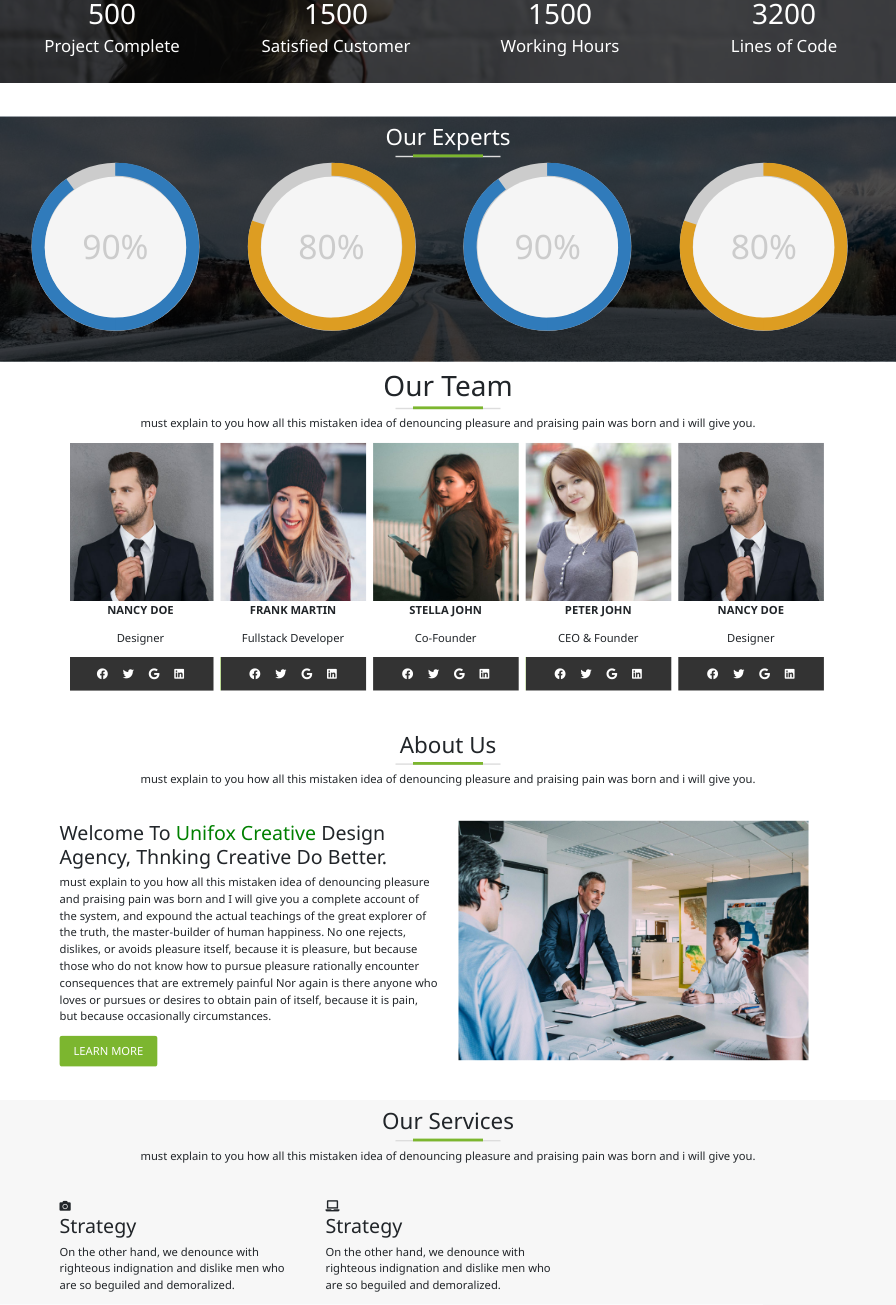
Repository: ibrkhalil/Uniforce-First-Attempt
Page: index.html
These files come from the project's save history. The page is drawn as it stood at one moment and after a run of saves; the edit follows.
The browser window is 1280 px wide. The pictures show the part of the page from y = 901 to 2821 px (the page is 2765 px tall before and 2821 px after), at 70% of full size.
Backgrounds fixed to the window are drawn as part of the page.

Above is the page before, as saved 2021-01-24 02:42:41.

### index.html
<!DOCTYPE html>
<html lang="en">
  <head>
    <meta charset="UTF-8" />
    <link rel="stylesheet" href="./bootstrap.min.css" />
    <link rel="stylesheet" href="owl.carousel.css" />
    <link rel="preconnect" href="https://fonts.gstatic.com" />
    <link rel="stylesheet" href="./jquery-ui.css" />
    <link
      rel="stylesheet"
      href="https://use.fontawesome.com/releases/v5.15.2/css/all.css"
      integrity="sha384-vSIIfh2YWi9wW0r9iZe7RJPrKwp6bG+s9QZMoITbCckVJqGCCRhc+ccxNcdpHuYu"
      crossorigin="anonymous"
    />
    <link rel="stylesheet" href="./circle.css" />
    <link
      href="https://fonts.googleapis.com/css2?family=Open+Sans&display=swap"
      rel="stylesheet"
    />
    <link rel="stylesheet" href="style.css" />
    <meta name="viewport" content="width=device-width, initial-scale=1.0" />
    <title>Unifox</title>
  </head>

  <body>
    <div class="main-nav">
      <nav
        class="navbar navbar-expand-lg justify-content-around sticky-top navbar-fixed-top"
      >
        <!-- <div class="container"> -->
        <a class="navbar-brand" href="#"><h3 class="unifox">UNIFOX</h3></a>
        <button
          class="navbar-toggler"
          type="button"
          data-toggle="collapse"
          data-target="#navbarSupportedContent"
          aria-controls="navbarSupportedContent"
          aria-expanded="false"
          aria-label="Toggle navigation"
        >
          <span class="fa fa-bars fa-3x"></span>
        </button>
        <div class="">
          <div class="nav-items">
            <div class="collapse navbar-collapse" id="navbarSupportedContent">
              <ul class="navbar-nav mr-auto">
                <li class="item">
                  <a class="nav-link active" href="#">HOME</a>
                </li>
                <li class="nav-item"><a class="nav-link" href="#">ABOUT</a></li>
                <li class="nav-item">
                  <a class="nav-link" href="#">SERVICES</a>
                </li>
                <li class="nav-item">
                  <a class="nav-link" href="#">POROFOLIO</a>
                </li>
                <li class="nav-link"><a href="#">PRICES</a></li>
                <li class="nav-link"><a href="#">TEAM</a></li>
                <li class="nav-link"><a href="#">TESTIMONIALS</a></li>
                <li class="nav-link"><a href="#">BLOG</a></li>
                <li class="nav-link"><a href="#">CONTACT</a></li>
              </ul>
            </div>
          </div>
        </div>

        <!-- </div> -->
      </nav>

      <!-- nav end -->

      <div class="jumbotron">
        <h1 class="display-4 jumbo-main-text">
          <strong>Unifox Creative & Unique.</strong>
        </h1>
        <p class="lead jumbo-subtext">
          Unifox Denounce With Righteous Indignation And Dislike Men Who Are So
          Beguiled And Demoralized By The Charms Of Pleasure Of The Moment.
        </p>

        <div class="jumbo-btns">
          <p class="lead">
            <a class="btn jumbo-btn btn-primary btn-lg" href="#" role="button"
              >Download Now</a
            >
          </p>
          <p class="lead">
            <a class="btn jumbo-btn btn-primary btn-lg" href="#" role="button"
              >Discover More</a
            >
          </p>
        </div>
      </div>
      <!-- jumbotron end -->
      <!-- heading end -->
    </div>
    <div class="counting-number parallax">
      <div class="container-fluid">
        <div class="row">
          <div class="col-md-3">
            <i class="fa counting-icon fa-cloud fa-5x"></i>
            <h1 class="counter" data-count="500">0</h1>
            <h4>Project Complete</h4>
          </div>
          <div class="col-md-3">
            <i class="fa counting-icon fa-user fa-5x"></i>
            <h1 class="counter" data-count="1500">0</h1>
            <h4>Satisfied Customer</h4>
          </div>
          <div class="col-md-3">
            <i class="fa counting-icon fa-folder-open fa-5x"></i>
            <h1 class="counter" data-count="1500">0</h1>
            <h4>Working Hours</h4>
          </div>
          <div class="col-md-3">
            <i class="fa counting-icon fa-plug fa-5x"></i>
            <h1 class="counter" data-count="3200">0</h1>
            <h4>Lines of Code</h4>
          </div>
        </div>
      </div>
    </div>

    <br />
    <br />

    <!-- Counting number div -->
    <div class="our-experts-main">
      <h2 class="our-experts-word line">Our Experts</h2>

      <div class="our-experts">
        <div class="clearfix circular-icons">
          <div class="c100 p90 big blue">
            <span>90%</span>
            <div class="slice">
              <div class="bar"></div>
              <div class="fill"></div>
            </div>
          </div>
          <div class="c100 p80 big orange">
            <span>80%</span>
            <div class="slice">
              <div class="bar"></div>
              <div class="fill"></div>
            </div>
          </div>
          <div class="c100 p90 big blue">
            <span>90%</span>
            <div class="slice">
              <div class="bar"></div>
              <div class="fill"></div>
            </div>
          </div>

          <div class="c100 p80 big orange">
            <span>80%</span>
            <div class="slice">
              <div class="bar"></div>
              <div class="fill"></div>
            </div>
          </div>
        </div>
        <!-- /green -->

        <!-- orange -->
        <div class="clearfix"></div>
      </div>
    </div>

    <!-- experts end -->

    <div class="our-team">
      <div class="container">
        <div class="our-team-text">
          <h1 class="line">Our Team</h1>

          <p>
            must explain to you how all this mistaken idea of denouncing
            pleasure and praising pain was born and i will give you.
          </p>
        </div>
        <div class="top-content">
          <div class="container-fluid">
            <div class="owl-carousel owl-theme">
              <div class="item">
                <img
                  src="./images/1 (1).jpg"
                  class="img-fluid mx-auto d-block"
                  alt="img1"
                />
                <strong class="team-member-name">
                  <p>STELLA JOHN</p>
                </strong>
                <p>Co-Founder</p>
                <div class="social-media-icons" data-content="Link Hover">
                  <div
                    class="container d-flex justify-content-around align-items-center"
                  >
                    <i class="fab fa-facebook"></i>
                    <i class="fab fa-twitter"></i>
                    <i class="fab fa-google"></i>
                    <i class="fab fa-linkedin"></i>
                  </div>
                </div>
              </div>

              <div class="item">
                <img
                  src="./images/2 (1).jpg"
                  class="img-fluid mx-auto d-block"
                  alt="img2"
                />
                <strong class="team-member-name">
                  <p>PETER JOHN</p>
                </strong>
                <p>CEO & Founder</p>
                <div class="social-media-icons">
                  <div
                    class="container d-flex justify-content-around align-items-center"
                  >
                    <i class="fab fa-facebook"></i>
                    <i class="fab fa-twitter"></i>
                    <i class="fab fa-google"></i>
                    <i class="fab fa-linkedin"></i>
                  </div>
                </div>
              </div>

              <div class="item">
                <img
                  src="./images/3 (1).jpg"
                  class="img-fluid mx-auto d-block"
                  alt="img3"
                />
                <strong class="team-member-name">
                  <p>NANCY DOE</p>
                </strong>
                <p>Designer</p>
                <div class="social-media-icons">
                  <div
                    class="container d-flex justify-content-around align-items-center"
                  >
                    <i class="fab fa-facebook"></i>
                    <i class="fab fa-twitter"></i>
                    <i class="fab fa-google"></i>
                    <i class="fab fa-linkedin"></i>
                  </div>
                </div>
              </div>

              <div class="item">
                <img
                  src="./images/4.jpg"
                  class="img-fluid mx-auto d-block"
                  alt="img4"
                />
                <strong class="team-member-name">
                  <p>FRANK MARTIN</p>
                </strong>
                <p>Fullstack Developer</p>
                <div class="social-media-icons">
                  <div
                    class="container d-flex justify-content-around align-items-center"
                  >
                    <i class="fab fa-facebook"></i>
                    <i class="fab fa-twitter"></i>
                    <i class="fab fa-google"></i>
                    <i class="fab fa-linkedin"></i>
                  </div>
                </div>
              </div>
            </div>
          </div>
        </div>
      </div>
    </div>
        <section class="about-section my-5 green-bottom-border">
            <div class="container">
                <h2 class="line">About Us</h2>
                <p class="mb-5 aligny-center">must explain to you how all this mistaken idea of denouncing pleasure and praising pain was born and i will give you.</p>
                <div class="row">
                    <div class="col-md-6"><h3>Welcome To <span class="green-color">Unifox Creative</span> Design Agency, Thnking Creative Do Better.</h3><p>must explain to you how all this mistaken idea of denouncing pleasure and praising pain was born and I will give you a complete account of the system, and expound the actual teachings of the great explorer of the truth, the master-builder of human happiness. No one rejects, dislikes, or avoids pleasure itself, because it is pleasure, but because those who do not know how to pursue pleasure rationally encounter consequences that are extremely painful Nor again is there anyone who loves or pursues or desires to obtain pain of itself, because it is pain, but because occasionally circumstances.</p>
                    <a href="#" class="btn social-media-icons-invert">LEARN MORE</a>
                    </div>
                    <div class="col-md-6">
                        <img src="./about-bg.jpg" src="about" width="500px">
                    </div>
                </div>
            </div>
            </section>

            <section class="our-services">
                    <div class="container">

                        <h2 class="our-services-word line">
                            Our Services
                        </h2>
                        <p class="aligny-center mb-5">must explain to you how all this mistaken idea of denouncing pleasure and praising pain was born and i will give you.</p>
                        <div class="row">
                            <div class="col-md-4">
                                <i class="fa fa-camera"></i>
                                <h3>Strategy</h3>
                                <p>On the other hand, we denounce with righteous indignation and dislike men who are so beguiled and demoralized.</p>
                            </div>
                            <div class="col-md-4">
                                <i class="fa fa-laptop"></i>
                                <h3>Strategy</h3>
                                <p>On the other hand, we denounce with righteous indignation and dislike men who are so beguiled and demoralized.</p>
                            </div>
                            <div class="col-md-4"></div>
                        </div>

                    </div>
            </section>



    <script src="./jquery.js"></script>
    <script src="./jquery-ui.js"></script>
    <script src="./owl.carousel.js"></script>
    <script src="./owl.autoplay.js"></script>
    <script src="./bootstrap.js"></script>
    <script src="./script.js"></script>
  </body>
</html>

### style.css
*{
    margin: 0;
    padding: 0;
}
body{
    font-family: 'Segoe UI', Tahoma, Geneva, Verdana, sans-serif;
}
.nav-items{
    display: flex;
    width: 100%;
    justify-content: space-between;
}

.main-nav h3{
    font-family: 'Open Sans', sans-serif;
    font-weight: bold;
    font-size: x-large;
}
.main-nav{
    transition: all 200ms;
    font-size: small;
    background: linear-gradient(to right, #96c93d, #00b09b);
    height: 100vh;
}
.main-nav a{
    text-decoration: none;
    color: white;
    border: none;
}
 .main-nav li, .main-nav h3 {
    margin-top: 1rem;
}
.circular-icons{
    display: flex;
    justify-content: space-between;
}
.jumbotron{
    text-align: center;
    margin-top: 5rem;
    color: white;
    background-color: transparent;
}
.jumbo-btn{
    background-color: #7CB62F;
}

.navbar-fixed-top a:hover{
    color: #3e3e3e;
}
.navbar-fixed-top.scrolled {
    width: 100vw;
    background-color: #fff !important;
    /* padding: 0.5rem 0; */
    /* transition: all 200ms ease; */

  }
/* .navbar-fixed-top.scrolled  a{
    color: black;

  } */
  .navbar-fixed-top.scrolled  a:hover{
    color: gray;

  }
.jumbo-btns{
    display: flex;
    justify-content: center;
}
.jumbo-subtext{

    margin: 2rem auto;
    width: 50%;
}
.jumbo-main-text{
font-weight: 400;
}
.jumbo-btns p{
   margin-right: 0.5rem;
}
.lead-btns a{
    display: flex;
    border: none;
}
.parallax {
    background-image: url("./fun_facts_bg.jpg");
    height: 300px;
    background-blend-mode: overlay;
    background-attachment: fixed;
    background-position: center;
    background-repeat: no-repeat;
    background-size: cover;
    background-color: rgba(0, 0, 0,0.7);
    color: white;
    text-align: center;
    display: flex;
    align-items: center;
  }
  .parallax img {
      height: 300px;
      object-fit: cover;
  }
  .counting-icon{
      padding: 2rem;
      background-color: #96c93d ;
      border-radius: 50%;
  }
.jumbo-btn:hover{
    transition: 1s;
    background-color: black;
}
.line{
    position: relative;
    text-align: center;
    padding: 10px 0;
}
.line::after , .line::before{
    content: "";
    width: 100px;
    height: 4px;
    position: absolute;
    background-color: #7CB62F;
    left: 50%;
    transform: translate(-50%,0);
    bottom: 0;
}
.line::before{
    height: 2px;
    background-color: #ddd;
    width: 150px;
}


.clearfix:before,.clearfix:after {content: " "; display: table;}
.clearfix:after {clear: both;}
.clearfix {*zoom: 1;}


.our-experts-main{
    background-image: url("./skill-bg.jpg");
    height: 350px;
    background-blend-mode: overlay;
    background-attachment: fixed;
    background-position: center;
    background-repeat: no-repeat;
    background-size: cover;
    background-color: rgba(0, 0, 0,0.7);
    color: white;
}
.our-experts-main:first-child{
    display: flex;
    justify-content: center;
}
.our-experts h2{
    display: block !important;
}
.our-team{
    text-align: center;
}
@media (min-width: 768px) and (max-width: 991px) {
    /* Show 4th slide on md if col-md-4*/
    .carousel-inner .active.col-md-4.carousel-item + .carousel-item + .carousel-item + .carousel-item {
        position: absolute;
        top: 0;
        right: -33.3333%;  /*change this with javascript in the future*/
        z-index: -1;
        display: block;
        visibility: visible;
    }
}
@media (min-width: 576px) and (max-width: 768px) {
    /* Show 3rd slide on sm if col-sm-6*/
    .carousel-inner .active.col-sm-6.carousel-item + .carousel-item + .carousel-item {
        position: absolute;
        top: 0;
        right: -50%;  /*change this with javascript in the future*/
        z-index: -1;
        display: block;
        visibility: visible;
    }
}
@media (min-width: 576px) {
    .carousel-item {
        margin-right: 0;
    }
    /* show 2 items */
    .carousel-inner .active + .carousel-item {
        display: block;
    }
    .carousel-inner .carousel-item.active:not(.carousel-item-right):not(.carousel-item-left),
    .carousel-inner .carousel-item.active:not(.carousel-item-right):not(.carousel-item-left) + .carousel-item {
        transition: none;
    }
    .carousel-inner .carousel-item-next {
        position: relative;
        transform: translate3d(0, 0, 0);
    }
    /* left or forward direction */
    .active.carousel-item-left + .carousel-item-next.carousel-item-left,
    .carousel-item-next.carousel-item-left + .carousel-item,
    .carousel-item-next.carousel-item-left + .carousel-item + .carousel-item {
        position: relative;
        transform: translate3d(-100%, 0, 0);
        visibility: visible;
    }
    /* farthest right hidden item must be also positioned for animations */
    .carousel-inner .carousel-item-prev.carousel-item-right {
        position: absolute;
        top: 0;
        left: 0;
        z-index: -1;
        display: block;
        visibility: visible;
    }
    /* right or prev direction */
    .active.carousel-item-right + .carousel-item-prev.carousel-item-right,
    .carousel-item-prev.carousel-item-right + .carousel-item,
    .carousel-item-prev.carousel-item-right + .carousel-item + .carousel-item {
        position: relative;
        transform: translate3d(100%, 0, 0);
        visibility: visible;
        display: block;
        visibility: visible;
    }
}
/* MD */
@media (min-width: 768px) {
    /* show 3rd of 3 item slide */
    .carousel-inner .active + .carousel-item + .carousel-item {
        display: block;
    }
    .carousel-inner .carousel-item.active:not(.carousel-item-right):not(.carousel-item-left) + .carousel-item + .carousel-item {
        transition: none;
    }
    .carousel-inner .carousel-item-next {
        position: relative;
        transform: translate3d(0, 0, 0);
    }
    /* left or forward direction */
    .carousel-item-next.carousel-item-left + .carousel-item + .carousel-item + .carousel-item {
        position: relative;
        transform: translate3d(-100%, 0, 0);
        visibility: visible;
    }
    /* right or prev direction */
    .carousel-item-prev.carousel-item-right + .carousel-item + .carousel-item + .carousel-item {
        position: relative;
        transform: translate3d(100%, 0, 0);
        visibility: visible;
        display: block;
        visibility: visible;
    }
}
/* LG */
@media (min-width: 991px) {
    /* show 4th item */
    .carousel-inner .active + .carousel-item + .carousel-item + .carousel-item {
        display: block;
    }
    .carousel-inner .carousel-item.active:not(.carousel-item-right):not(.carousel-item-left) + .carousel-item + .carousel-item + .carousel-item {
        transition: none;
    }
    /* Show 5th slide on lg if col-lg-3 */
    .carousel-inner .active.col-lg-3.carousel-item + .carousel-item + .carousel-item + .carousel-item + .carousel-item {
        position: absolute;
        top: 0;
        right: -25%;  /*change this with javascript in the future*/
        z-index: -1;
        display: block;
        visibility: visible;
    }
    /* left or forward direction */
    .carousel-item-next.carousel-item-left + .carousel-item + .carousel-item + .carousel-item + .carousel-item {
        position: relative;
        transform: translate3d(-100%, 0, 0);
        visibility: visible;
    }
    /* right or prev direction //t - previous slide direction last item animation fix */
    .carousel-item-prev.carousel-item-right + .carousel-item + .carousel-item + .carousel-item + .carousel-item {
        position: relative;
        transform: translate3d(100%, 0, 0);
        visibility: visible;
        display: block;
        visibility: visible;
    }
}
.social-media-icons{
    color: white;
    padding: 1rem;
    /* background: red; */
    background: linear-gradient(to left, #333 50%, #7CB62F 50%) right;
    background-size: 200%;
    transition: 1s ease;
}
.social-media-icons:hover{
    background-position:left;
}
.social-media-icons i{
    cursor: pointer;
}
.social-media-icons-invert{
    color: white;
    padding: 1rem;
    background: linear-gradient(to left, #7CB62F 50%, #333 50%) right;
    background-size: 200%;
    transition: 1s ease;
}
.social-media-icons-invert:hover{
    background-position:left;
}

.aligny-center{
    text-align: center;
}
.green-color{
    color: green;
}
.about-section a{
    padding: 10px 20px;
    border: none;
    background-color: #7CB62F;
    color: white;
}
.our-services{
    background-color: #F7F7F7;
}


.social-media-icons .fab:hover{
    transition: 1s;
    color: gold;
}
.carousel-item:nth-child(2){
    margin-bottom: 1rem;
}

@media screen and (max-width: 768px){
    /* .navbar-nav{ */
        .navbody{
        display: none;
        justify-content: center;
        width: 100vw;
        /* float: right; */
    }
}

Loaded but not shown: bootstrap.min.css (library); owl.carousel.css (library); jquery-ui.css (library); jquery.js (library); jquery-ui.js (library); owl.carousel.js (library); owl.autoplay.js (library); bootstrap.js (library); script.js (88 lines, source omitted); circle.css (879 lines, source omitted)

After the next 3 saves:
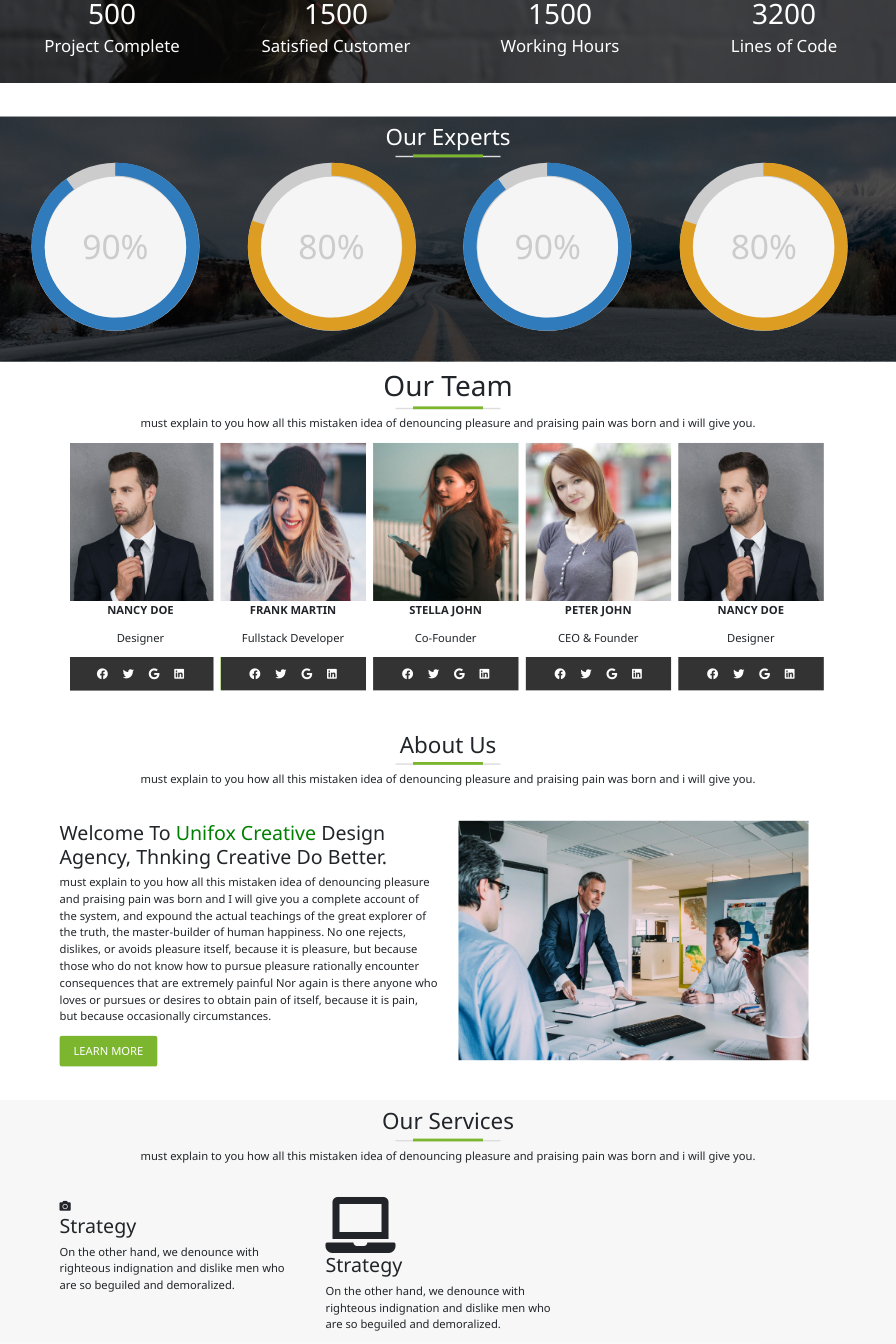
The 3 saves are shown as one change because they came seconds apart.
The last was saved 13 s later.
--- a/index.html
+++ b/index.html
@@ -298,12 +298,12 @@
                         <p class="aligny-center mb-5">must explain to you how all this mistaken idea of denouncing pleasure and praising pain was born and i will give you.</p>
                         <div class="row">
                             <div class="col-md-4">
-                                <i class="fa fa-camera"></i>
+                                <i class="fa fa-camera 5x"></i>
                                 <h3>Strategy</h3>
                                 <p>On the other hand, we denounce with righteous indignation and dislike men who are so beguiled and demoralized.</p>
                             </div>
                             <div class="col-md-4">
-                                <i class="fa fa-laptop"></i>
+                                <i class="fa fa-laptop fa-5x"></i>
                                 <h3>Strategy</h3>
                                 <p>On the other hand, we denounce with righteous indignation and dislike men who are so beguiled and demoralized.</p>
                             </div>
